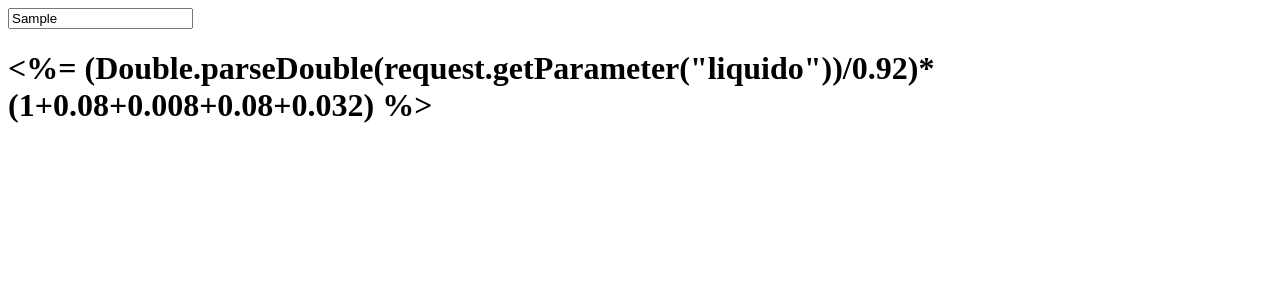
Repository: brunovcosta/IME
Page: labProgII/VF/web/empregadaCalculatorWeb/WebContent/index.html
An editor plug-in stored every save of this project. The page is shown before and after the next save, followed by the edit.
The browser window is 1280 px wide. The pictures show the whole page.
Empty fields were first filled with sample values (such as "Sample", 5 or name@example.com).
After loading, the first visible `input` was changed once.
Some web libraries are served in a nearby version.

Above is the page before, as saved 2016-12-16 12:02:02.

After the next save:
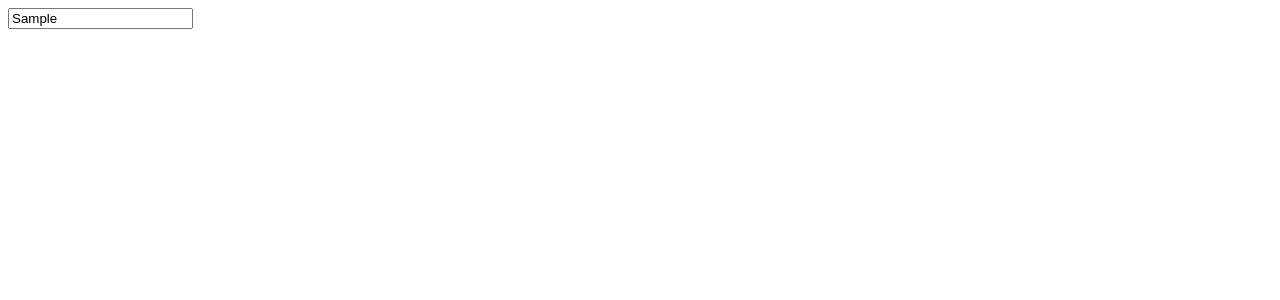
Console error: TypeError: v.toFix is not a function
Saved 64 s later.
--- a/labProgII/VF/web/empregadaCalculatorWeb/WebContent/index.html
+++ b/labProgII/VF/web/empregadaCalculatorWeb/WebContent/index.html
@@ -11,7 +11,7 @@
 <script>
 	$("input").keyup(function(e){
 		$.get("conta.jsp",{liquido: e.target.value},function(v){
-			$("h1").html(v);
+			$("h1").html(v.toFix(2));
 		})
 	})
 </script>

After the 2 saves that followed:
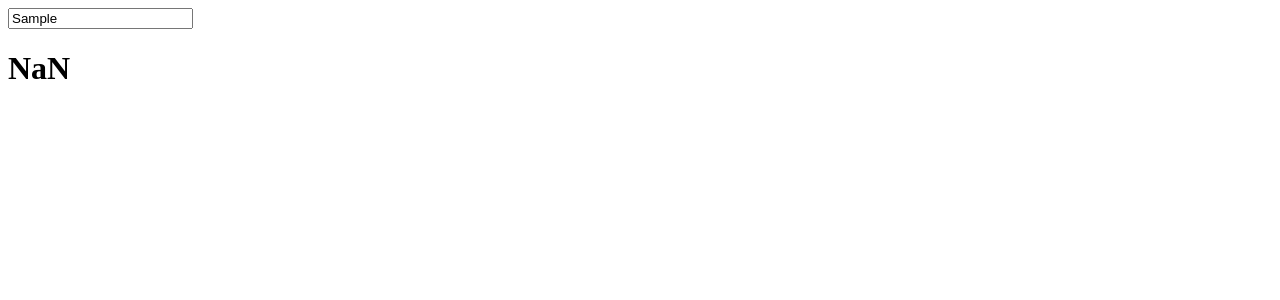
The error is gone.
The 2 saves are shown as one change because they came seconds apart.
The last was saved 36 s later.
--- a/labProgII/VF/web/empregadaCalculatorWeb/WebContent/index.html
+++ b/labProgII/VF/web/empregadaCalculatorWeb/WebContent/index.html
@@ -11,7 +11,7 @@
 <script>
 	$("input").keyup(function(e){
 		$.get("conta.jsp",{liquido: e.target.value},function(v){
-			$("h1").html(v.toFix(2));
+			$("h1").html((+v).toFixed(2));
 		})
 	})
 </script>
